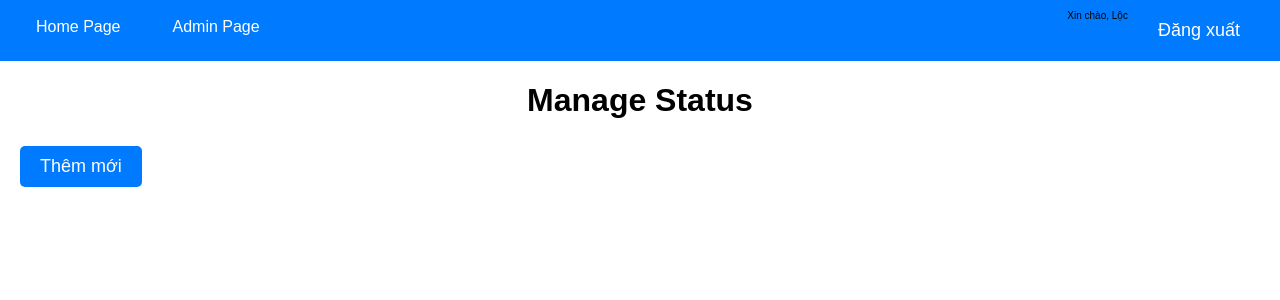
Repository: Loc2804/LTM
Page: http://localhost/RestaurantProject/ManageStatus.jsp
These files come from the project's save history. The page is drawn as it stood at one moment and after the next save; the edit follows.
The browser window is 1280 px wide. The pictures show the whole page.
The page is served by Tomcat 10.

Above is the page before, as saved 2024-12-07 18:03:21.

After the next save:
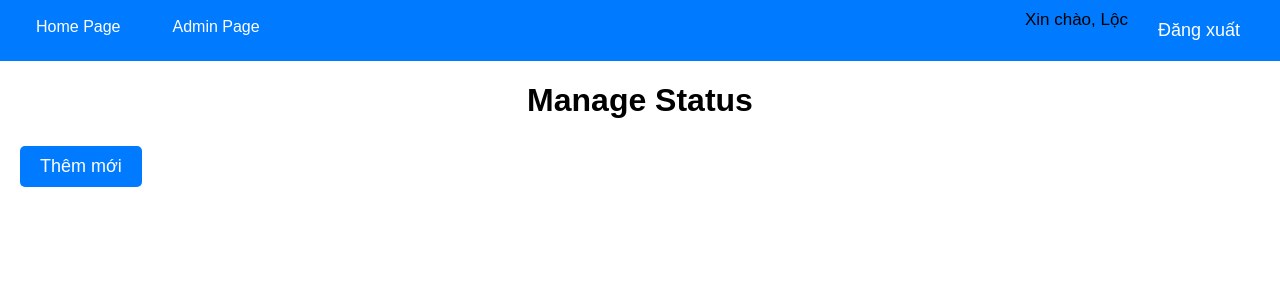
Saved 22 s later.
--- a/RestaurantProject/src/main/webapp/ManageStatus.jsp
+++ b/RestaurantProject/src/main/webapp/ManageStatus.jsp
@@ -78,7 +78,7 @@
     	gap:10px;
     }
     .welcome-user span{
-    	font-size: 10px;
+    	font-size: 17px;
     	color: black;
     }
 </style>
